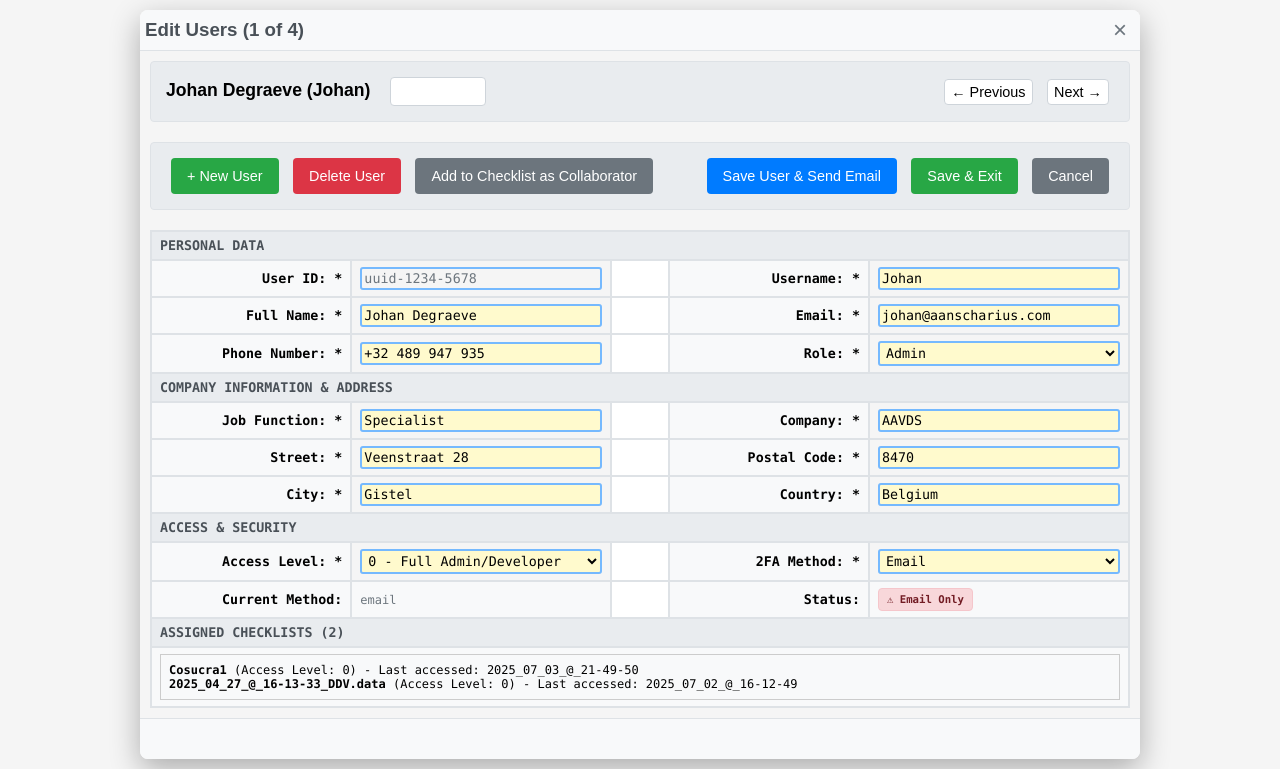
Repository: jeedee23/checklistrepo
Page: checklists/user-management-demo.html
An editor plug-in stored every save of this project. The page is shown before and after the next save, followed by the edit.
The browser window is 1280 px wide. The pictures show the whole page.

Above is the page before, as saved 2025-07-04 14:25:48.

After the next save:
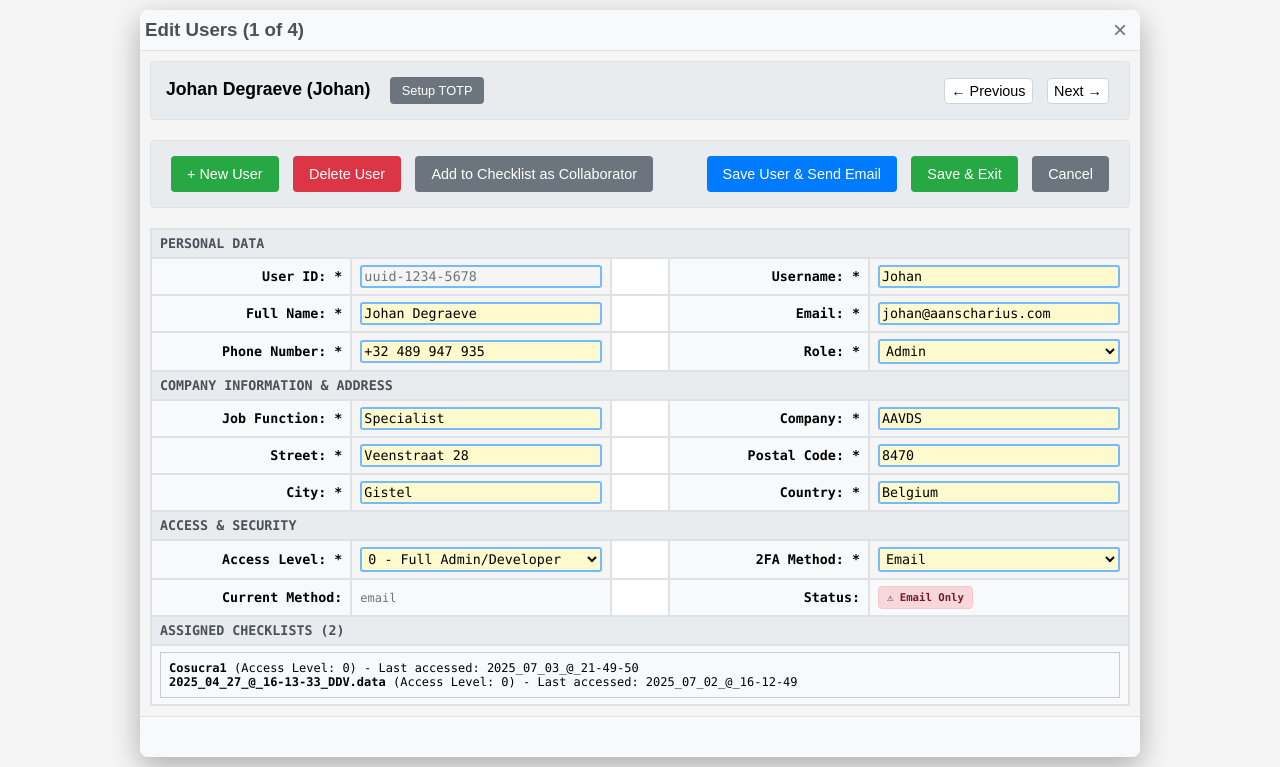
Saved 71 s later.
--- a/checklists/user-management-demo.html
+++ b/checklists/user-management-demo.html
@@ -86,6 +86,8 @@
             margin-left: 15px;
             font-size: 0.8rem;
             color: white;
+            background-color: #6c757d;
+            border: none;
         }
 
         .form-table {
